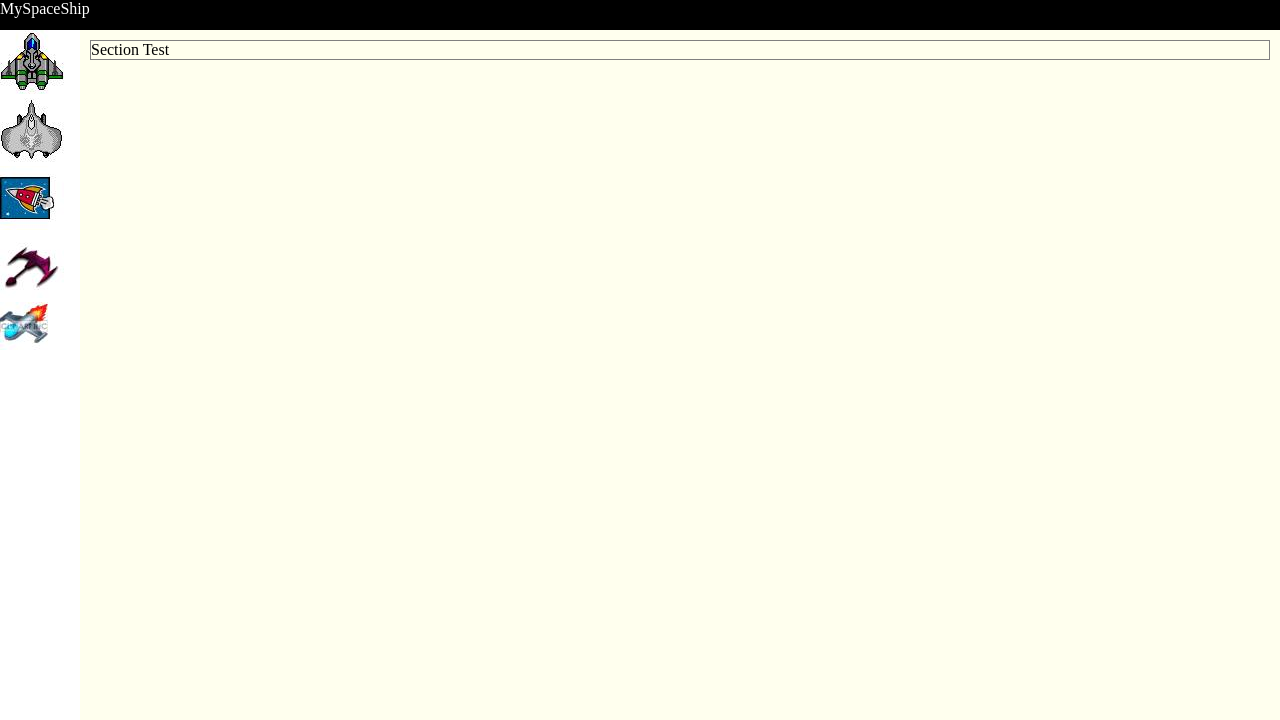
Repository: eudesf/MySpaceShip
Page: MySpaceShip/WebContent/index.html
These files come from the project's save history. The page is drawn as it stood at one moment and after the next save; the edit follows.
The browser window is 1280 px wide. The pictures show the whole page.

Above is the page before, as saved 2012-03-15 20:28:20.

After the next save:
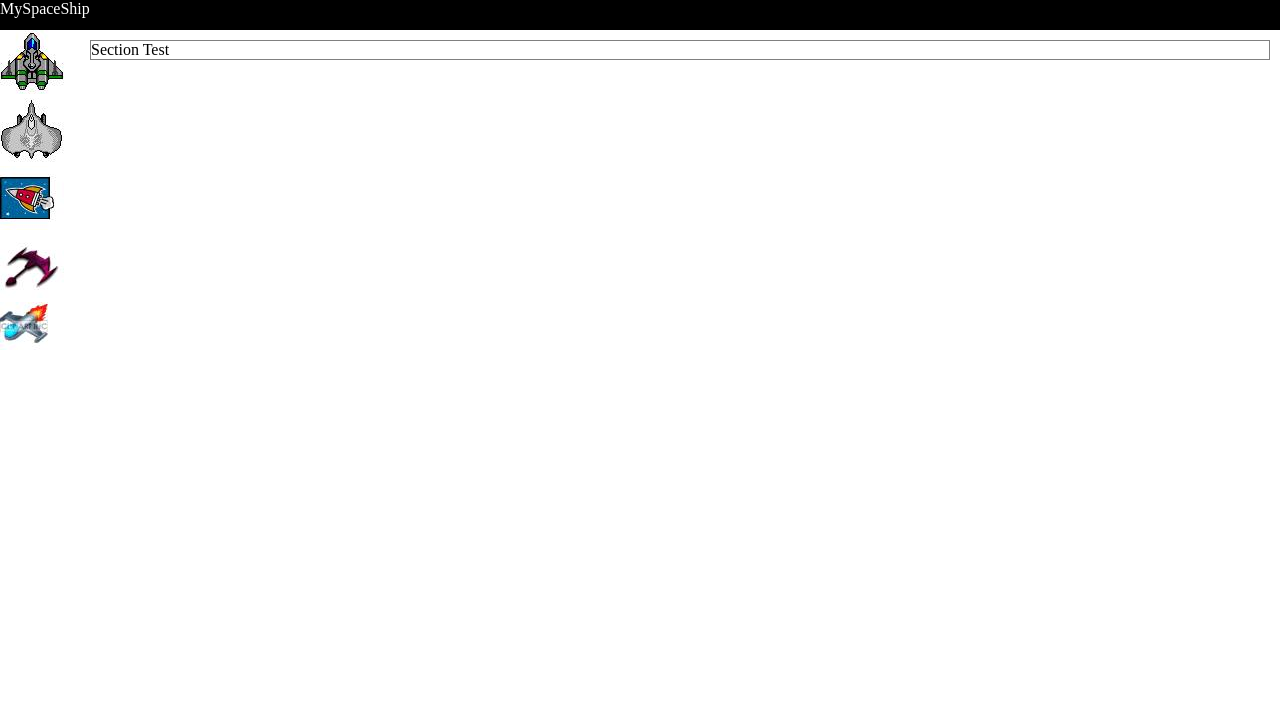
Saved 16 s later.
--- a/MySpaceShip/WebContent/index.html
+++ b/MySpaceShip/WebContent/index.html
@@ -27,7 +27,6 @@
 				right: 0px;
 				top: 30px;
 				bottom: 0px;
-				background: #FFE;
 			}
 
 			article {
